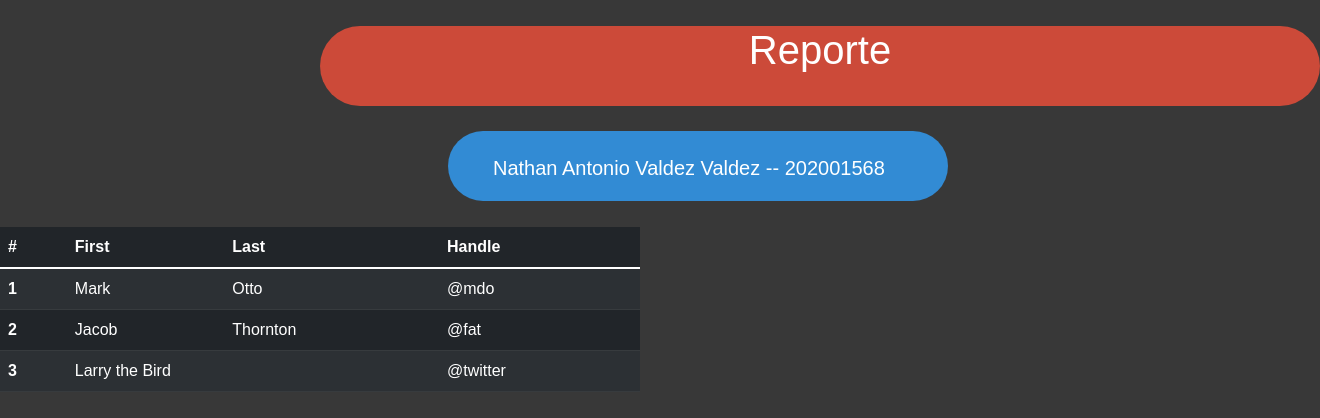
Repository: nathanvdev/LFP_PR_202001568
Page: plantilla.html
These files come from the project's save history. The page is drawn as it stood at one moment and after the next save; the edit follows.
The browser window is 1280 px wide. The page is 1320 px wide, so the pictures cover 1320 px, including what lies to the right of the window. The pictures show the whole page.

Above is the page before, as saved 2022-02-19 19:02:29.

### plantilla.html

<!DOCTYPE html>
<html lang="en">
<head>
    <meta charset="UTF-8">
    <meta http-equiv="X-UA-Compatible" content="IE=edge">
    <meta name="viewport" content="width=device-width, initial-scale=1.0">
    <link href="https://cdn.jsdelivr.net/npm/bootstrap@5.1.3/dist/css/bootstrap.min.css" rel="stylesheet" integrity="sha384-1BmE4kWBq78iYhFldvKuhfTAU6auU8tT94WrHftjDbrCEXSU1oBoqyl2QvZ6jIW3" crossorigin="anonymous">
    <title>Document</title>
</head>
<style>
    body{
        font-family: sans-serif;
    }
    .titlebox{
        background-color: rgb(204, 74, 57);
        height: 80px;
        width: 1000px;
        margin: 2%;
        margin-left: 25%;
        border-radius: 45px;


        display: flex;
        justify-content: center;
    }
    .PersonalInfo{
        background-color: rgb(50, 139, 212);
        height: 70px;
        width: 500px;
        margin: 2%;
        margin-top: 0px;
        margin-left: 35%;
        border-radius: 45px;

    }
    .tabla{
        width: 50%;
        height: auto;
    }
</style>
<body style="background-color: rgb(56, 56, 56);">
    <div class="titlebox">
        <h1 style="color: white;">Reporte</h1>
    </div>
    <div class="PersonalInfo">
        <h3 style="color: white;
        margin: 5%; float: left; font-size: 20px; padding-left: 20px;">
            Nathan Antonio Valdez Valdez  --  202001568
        </h3>
    </div>

    <div class="tabla">
    <table class="table table-dark table-striped">
        <thead>
          <tr>
            <th scope="col">#</th>
            <th scope="col">First</th>
            <th scope="col">Last</th>
            <th scope="col">Handle</th>
          </tr>
        </thead>
        <tbody>
          <tr>
            <th scope="row">1</th>
            <td>Mark</td>
            <td>Otto</td>
            <td>@mdo</td>
          </tr>
          <tr>
            <th scope="row">2</th>
            <td>Jacob</td>
            <td>Thornton</td>
            <td>@fat</td>
          </tr>
          <tr>
            <th scope="row">3</th>
            <td colspan="2">Larry the Bird</td>
            <td>@twitter</td>
          </tr>
        </tbody>
      </table>
    </div>
</body>
</html>

After the next save:
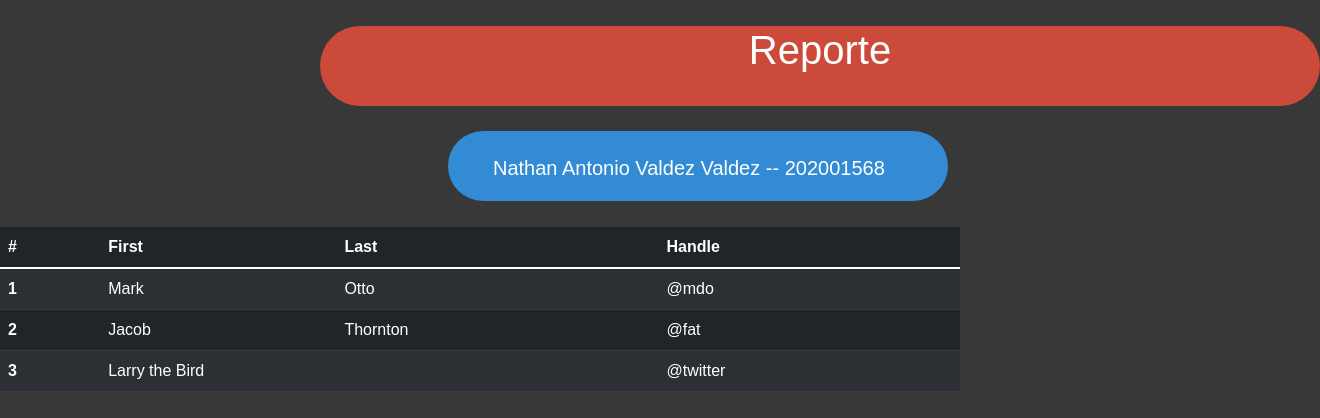
Saved 5 s later.
--- a/plantilla.html
+++ b/plantilla.html
@@ -35,7 +35,7 @@
 
     }
     .tabla{
-        width: 50%;
+        width: 75%;
         height: auto;
     }
 </style>
